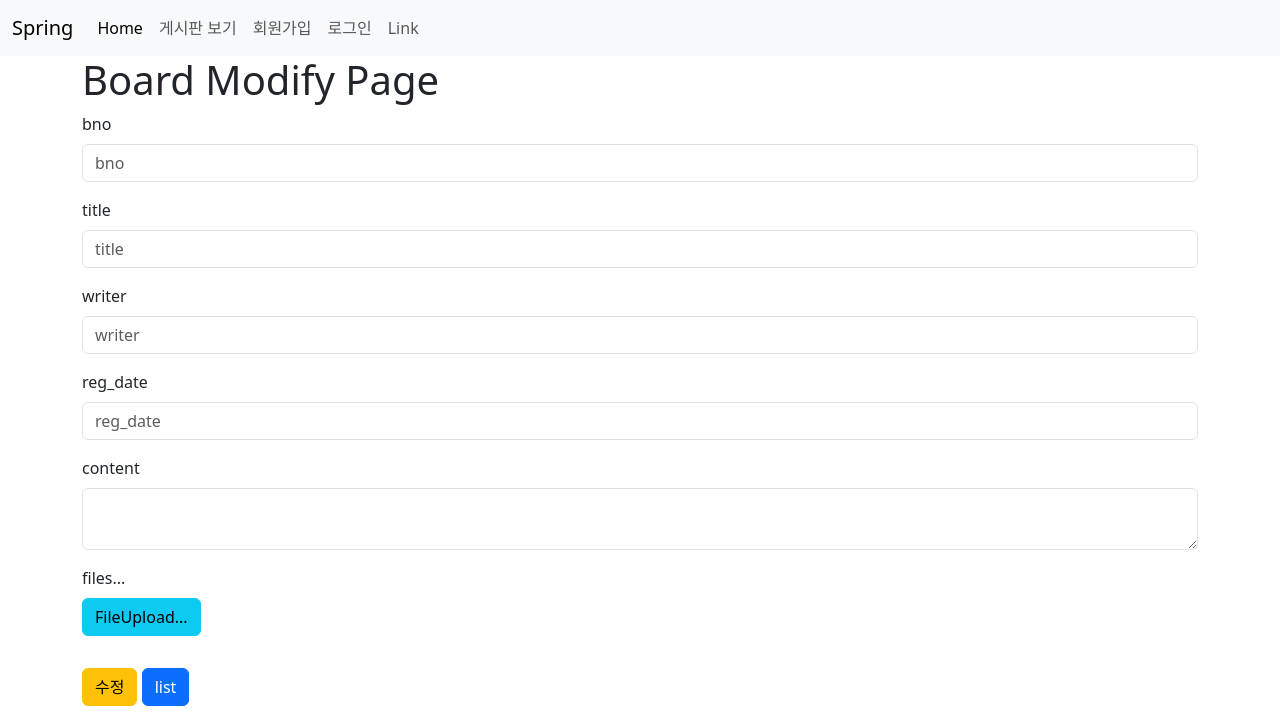
Repository: kimnoanoa/springTest240430
Page: http://localhost/spring_study/WEB-INF/views/board/modify.jsp
An editor plug-in stored every save of this project. The page is shown before and after the next save, followed by the edit.
The browser window is 1280 px wide. The pictures show the whole page.
The page is served by Tomcat 9. Nobody is signed in. The template is opened directly, without the code that normally fills it, so the values that code supplies are empty.

Above is the page before, as saved 2024-04-30 01:34:01.

After the next save:
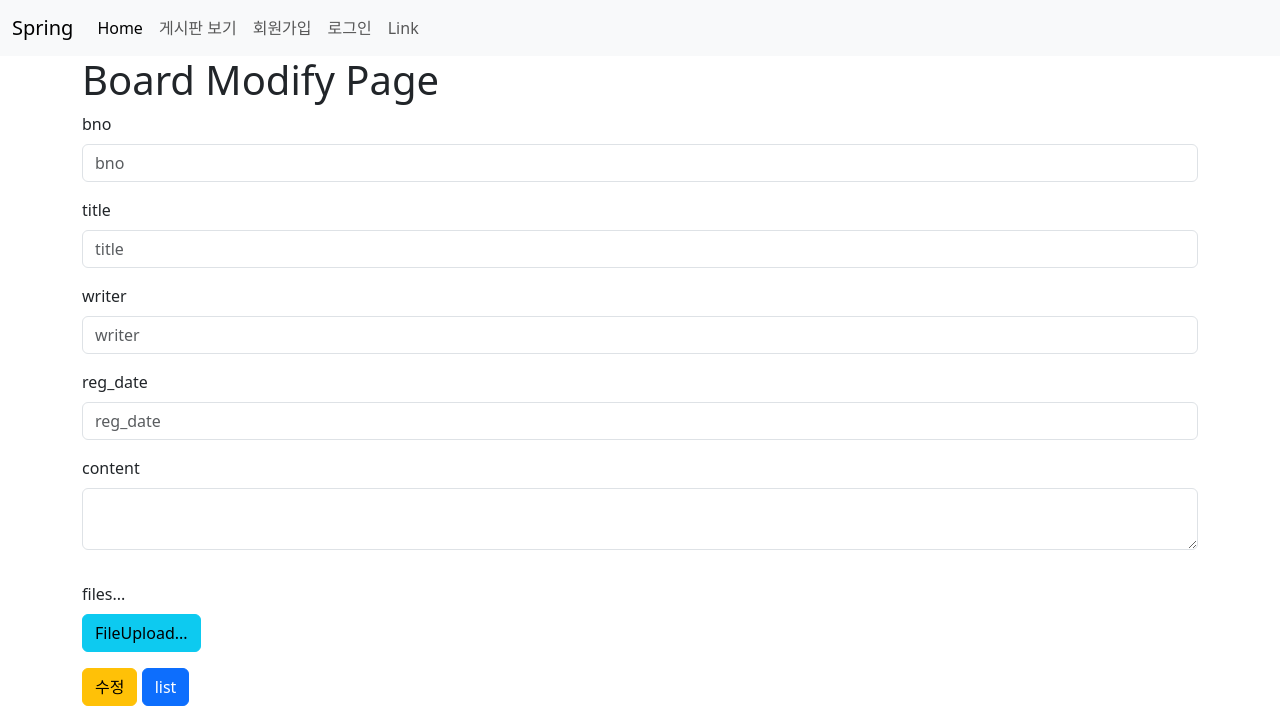
Saved 13 s later.
--- a/spring_study/src/main/webapp/WEB-INF/views/board/modify.jsp
+++ b/spring_study/src/main/webapp/WEB-INF/views/board/modify.jsp
@@ -37,18 +37,7 @@
 
 
       <!-- 파일 추가라인 -->
-	<!--  파일 입력 라인 추가 -->
-      <div class="mb-3">
-         <label for="file" class="form-label">files...</label>
-         <input type="file" class="form-control" name="files" id="file"  multiple="multiple" style ="display : none"> <br>
-         <button type="button" class="btn btn-info" id="trigger">FileUpload...</button>
-      </div>
 
-      <!-- 파일 목록 표시라인 -->
-
-      <div class="mb-3" id="fileZone">
-
-      </div>
 
 
       <!-- file upload 표시라인 -->
@@ -90,7 +79,18 @@
 
 
    </form>
+   <!--  파일 입력 라인 추가 -->
+      <div class="mb-3">
+         <label for="file" class="form-label">files...</label>
+         <input type="file" class="form-control" name="files" id="file"  multiple="multiple" style ="display : none"> <br>
+         <button type="button" class="btn btn-info" id="trigger">FileUpload...</button>
+      </div>
 
+      <!-- 파일 목록 표시라인 -->
+
+      <div class="mb-3" id="fileZone">
+
+      </div>
 
     <a><button type="submit" class="btn btn-warning">수정</button></a>
    <a href="/board/list"><button type="button" class="btn btn-primary">list</button></a>
